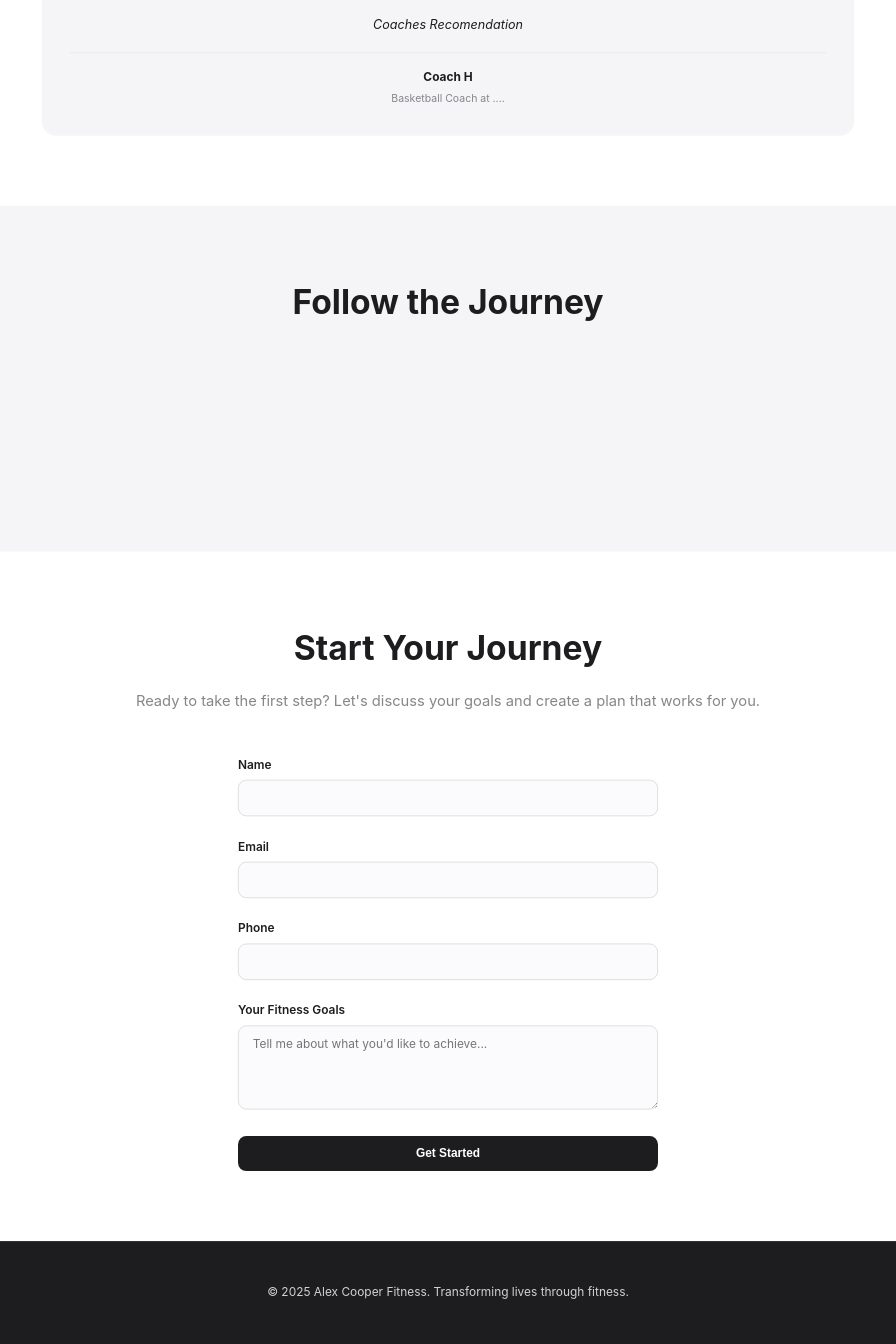
Repository: Hinuix/Ear-Website
Page: index.html
These files come from the project's save history. The page is drawn as it stood at one moment and after the next save; the edit follows.
The browser window is 1280 px wide. The pictures show the part of the page from y = 2070 to 3990 px (the page is 3990 px tall), at 70% of full size.
Pictures or frames that could not be fetched are drawn as grey boxes.

Above is the page before, as saved 2025-08-10 12:46:43.
Console error: TypeError: Cannot read properties of null (reading 'appendChild')

### index.html
<!DOCTYPE html>
<html lang="en">
<head>
    <meta charset="UTF-8">
    <meta name="viewport" content="width=device-width, initial-scale=1.0">
    <title>LoweKeyFit.</title>
    <style>
        * {
            margin: 0;
            padding: 0;
            box-sizing: border-box;
        }

        body {
            font-family: -apple-system, BlinkMacSystemFont, 'Segoe UI', Roboto, sans-serif;
            line-height: 1.6;
            color: #1d1d1f;
            background: #f5f5f7;
        }

        .container {
            max-width: 1200px;
            margin: 0 auto;
            padding: 0 20px;
        }

        /* Header */
        header {
            background: rgba(255, 255, 255, 0.8);
            backdrop-filter: blur(20px);
            position: fixed;
            top: 0;
            width: 100%;
            z-index: 1000;
            border-bottom: 1px solid rgba(0, 0, 0, 0.1);
        }

        nav {
            display: flex;
            justify-content: space-between;
            align-items: center;
            padding: 15px 20px;
            max-width: 1200px;
            margin: 0 auto;
        }

        .logo {
            font-size: 24px;
            font-weight: 600;
            color: #1d1d1f;
        }

        .nav-links {
            display: flex;
            list-style: none;
            gap: 30px;
        }

        .nav-links a {
            text-decoration: none;
            color: #1d1d1f;
            font-weight: 400;
            transition: color 0.3s ease;
        }

        .nav-links a:hover {
            color: #86868b;
        }

        /* Hero Section */
        .hero {
            background: white;
            color: #1d1d1f;
            text-align: center;
            padding: 120px 0 80px;
            margin-top: 70px;
            border-bottom: 1px solid #e5e5e7;
        }

        .hero h1 {
            font-size: 56px;
            font-weight: 700;
            margin-bottom: 20px;
            line-height: 1.1;
        }

        .hero p {
            font-size: 21px;
            font-weight: 400;
            opacity: 0.9;
            max-width: 600px;
            margin: 0 auto;
        }

        /* About Section */
        .about {
            padding: 100px 0;
            background: white;
        }

        .about-content {
            display: grid;
            grid-template-columns: 1fr 1fr;
            gap: 80px;
            align-items: center;
        }

        .about-text h2 {
            font-size: 48px;
            font-weight: 700;
            margin-bottom: 30px;
            color: #1d1d1f;
        }

        .about-text p {
            font-size: 19px;
            color: #86868b;
            margin-bottom: 25px;
            line-height: 1.5;
        }

        .about-image {
            height: 400px;
            border-radius: 20px;
            display: flex;
            align-items: center;
            justify-content: center;
            font-size: 18px;
            color: #86868b;
        }

        /* Services Section */
        .services {
            padding: 100px 0;
            background: #f5f5f7;
        }

        .services h2 {
            text-align: center;
            font-size: 48px;
            font-weight: 700;
            margin-bottom: 60px;
            color: #1d1d1f;
        }

        .services-grid {
            display: grid;
            grid-template-columns: repeat(auto-fit, minmax(300px, 1fr));
            gap: 40px;
        }

        .service-card {
            background: white;
            padding: 40px;
            border-radius: 20px;
            text-align: center;
            box-shadow: 0 4px 20px rgba(0, 0, 0, 0.05);
            transition: transform 0.3s ease, box-shadow 0.3s ease;
        }

        .service-card:hover {
            transform: translateY(-5px);
            box-shadow: 0 8px 30px rgba(0, 0, 0, 0.1);
        }

        .service-icon {
            width: 80px;
            height: 80px;
            background: #f5f5f7;
            border: 2px solid #e5e5e7;
            border-radius: 50%;
            display: flex;
            align-items: center;
            justify-content: center;
            margin: 0 auto 25px;
            font-size: 36px;
            color: #1d1d1f;
        }

        .service-card h3 {
            font-size: 24px;
            font-weight: 600;
            margin-bottom: 15px;
            color: #1d1d1f;
        }

        .service-card p {
            font-size: 17px;
            color: #86868b;
            line-height: 1.5;
        }

        /* Testimonials Section */
        .testimonials {
            padding: 100px 0;
            background: white;
        }

        .testimonials h2 {
            text-align: center;
            font-size: 48px;
            font-weight: 700;
            margin-bottom: 60px;
            color: #1d1d1f;
        }

        .testimonials-grid {
            display: grid;
            grid-template-columns: repeat(auto-fit, minmax(350px, 1fr));
            gap: 40px;
        }

        .testimonial-card {
            background: #f5f5f7;
            padding: 40px;
            border-radius: 20px;
            text-align: center;
            transition: transform 0.3s ease;
        }

        .testimonial-card:hover {
            transform: translateY(-5px);
        }

        .stars {
            font-size: 24px;
            color: #ffcc02;
            margin-bottom: 20px;
        }

        .testimonial-card p {
            font-size: 18px;
            color: #1d1d1f;
            font-style: italic;
            line-height: 1.6;
            margin-bottom: 25px;
        }

        .testimonial-author {
            border-top: 1px solid #e5e5e7;
            padding-top: 20px;
        }

        .testimonial-author strong {
            display: block;
            font-size: 17px;
            color: #1d1d1f;
            margin-bottom: 5px;
        }

        .testimonial-author span {
            font-size: 15px;
            color: #86868b;
        }

        /* Contact Section */
        .contact {
            padding: 100px 0;
            background: white;
        }

        .contact h2 {
            text-align: center;
            font-size: 48px;
            font-weight: 700;
            margin-bottom: 20px;
            color: #1d1d1f;
        }

        .contact-subtitle {
            text-align: center;
            font-size: 21px;
            color: #86868b;
            margin-bottom: 60px;
        }

        .contact-form {
            max-width: 600px;
            margin: 0 auto;
        }

        .form-group {
            margin-bottom: 30px;
        }

        .form-group label {
            display: block;
            font-size: 17px;
            font-weight: 600;
            color: #1d1d1f;
            margin-bottom: 8px;
        }

        .form-group input,
        .form-group textarea {
            width: 100%;
            padding: 15px 20px;
            border: 1px solid #d2d2d7;
            border-radius: 12px;
            font-size: 17px;
            font-family: inherit;
            transition: border-color 0.3s ease, box-shadow 0.3s ease;
            background: #fbfbfd;
        }

        .form-group input:focus,
        .form-group textarea:focus {
            outline: none;
            border-color: #86868b;
            box-shadow: 0 0 0 3px rgba(134, 134, 139, 0.1);
        }

        .form-group textarea {
            height: 120px;
            resize: vertical;
        }

        .submit-btn {
            background: #1d1d1f;
            color: white;
            border: none;
            padding: 15px 40px;
            border-radius: 12px;
            font-size: 17px;
            font-weight: 600;
            cursor: pointer;
            transition: transform 0.2s ease, box-shadow 0.3s ease;
            width: 100%;
        }

        .submit-btn:hover {
            transform: translateY(-2px);
            box-shadow: 0 8px 25px rgba(29, 29, 31, 0.2);
        }

        /* Instagram Section */
        .instagram {
            padding: 100px 0;
            background: #f5f5f7;
        }

        .instagram h2 {
            text-align: center;
            font-size: 48px;
            font-weight: 700;
            margin-bottom: 60px;
            color: #1d1d1f;
        }

        .instagram-scroll {
            display: flex;
            gap: 20px;
            overflow-x: auto;
            padding: 20px 0;
            scroll-behavior: smooth;
        }

        .instagram-scroll::-webkit-scrollbar {
            height: 8px;
        }

        .instagram-scroll::-webkit-scrollbar-track {
            background: #e5e5e7;
            border-radius: 4px;
        }

        .instagram-scroll::-webkit-scrollbar-thumb {
            background: #d2d2d7;
            border-radius: 4px;
        }

        .instagram-scroll::-webkit-scrollbar-thumb:hover {
            background: #b0b0b0;
        }

        .instagram-post {
            min-width: 300px;
            height: 300px;
            background: white;
            border-radius: 20px;
            overflow: hidden;
            box-shadow: 0 4px 20px rgba(0, 0, 0, 0.05);
            transition: transform 0.3s ease;
            cursor: pointer;
        }

        .instagram-post:hover {
            transform: scale(1.05);
        }

        .instagram-post img {
            width: 100%;
            height: 100%;
            object-fit: cover;
        }

        /* Footer */
        footer {
            background: #1d1d1f;
            color: white;
            text-align: center;
            padding: 60px 0;
        }

        footer p {
            font-size: 17px;
            opacity: 0.8;
        }

        /* Responsive */
        @media (max-width: 768px) {
            .nav-links {
                display: none;
            }

            .hero h1 {
                font-size: 40px;
            }

            .hero p {
                font-size: 19px;
            }

            .about-content {
                grid-template-columns: 1fr;
                gap: 40px;
            }

            .about h2,
            .services h2,
            .contact h2,
            .instagram h2 {
                font-size: 36px;
            }

            .services-grid {
                grid-template-columns: 1fr;
            }

            .instagram-post {
                min-width: 250px;
                height: 250px;
            }
        }

        /* Animations */
        @keyframes fadeInUp {
            from {
                opacity: 0;
                transform: translateY(30px);
            }
            to {
                opacity: 1;
                transform: translateY(0);
            }
        }

        .fade-in {
            animation: fadeInUp 0.8s ease-out;
        }

        /* Smooth scrolling */
        html {
            scroll-behavior: smooth;
        }
    </style>
</head>
<body>
    <!-- Header -->
    <header>
        <nav>
            <div class="logo" style="display: flex; align-items: center; gap: 12px;">
                <img src="logo.jpeg" alt="Lowekeyfit Logo" style="height:48px;width:48px;border-radius:50%;object-fit:cover;">
                <span>Lowekeyfit</span>
            </div>
            <ul class="nav-links">
                <li><a href="#about">Meet</a></li>
                <li><a href="#services">Services</a></li>
                <li><a href="#testimonials">Reviews</a></li>
                <li><a href="#instagram">Follow the Journey</a></li>
                <li><a href="#contact">Start Your Journey</a></li>
            </ul>
        </nav>
    </header>

    <!-- Hero Section -->
    <section class="hero">
        <div class="container">
            <h1>Transform Your Life</h1>
            <p>Professional personal training designed to unlock your potential and achieve lasting results through science-based fitness.</p>
        </div>
    </section>

    <!-- About Section -->
    <section class="about" id="about">
        <div class="container">
            <div class="about-content">
                <div class="about-text fade-in">
                    <h2>Meet Cierra</h2>
                    <p>Writeup here</p>
                    <p>Here</p>
                    <p>too here</p>
                </div>
                <div class="about-image">
                        <img src="cierra.jpeg" alt="Cierra - Trainer" style="max-width:100%;max-height:100%;border-radius:16px;object-fit:cover;box-shadow:0 4px 20px rgba(0,0,0,0.08);">
                </div>
            </div>
        </div>
    </section>

    <!-- Services Section -->
    <section class="services" id="services">
        <div class="container">
            <h2>Services</h2>
            <div class="services-grid">
                <div class="service-card fade-in">
                    <div class="service-icon">💪</div>
                    <h3>Personal Training</h3>
                    <p>One-on-one sessions tailored to your specific goals, fitness level, and preferences. Get personalized attention and accelerated results.</p>
                </div>
                <div class="service-card fade-in">
                    <div class="service-icon">📱</div>
                    <h3>Online Coaching</h3>
                    <p>Custom workout plans and nutrition guidance delivered through our app, with weekly check-ins and program adjustments.</p>
                </div>
                <div class="service-card fade-in">
                    <div class="service-icon">🧘</div>
                    <h3>Movement & Mobility</h3>
                    <p>Corrective exercise and mobility work to address imbalances, improve movement quality, and reduce pain or discomfort.</p>
                </div>
            </div>
        </div>
    </section>

    <!-- Testimonials Section -->
    <section class="testimonials" id="testimonials">
        <div class="container">
            <h2>What Clients Say</h2>
            <div class="testimonials-grid">
                <div class="testimonial-card fade-in">
                    <div class="stars">★★★★★</div>
                    <p>Coaches Recomendation</p>
                    <div class="testimonial-author">
                        <strong>Coach H</strong>
                        <span>Basketball Coach at ....</span>
                    </div>
                </div>
            </div>
        </div>
    </section>

    <!-- Instagram Section -->
    <section class="instagram" id="instagram">
        <div class="container">
            <h2>Follow the Journey</h2>
            <!-- Instagram Feed Widget for @lowekeyfit -->
            <div style="max-width: 100%;">
                <iframe src="https://cdn.lightwidget.com/widgets/xxxxxxxxxxxx.html" scrolling="no" allowtransparency="true" class="lightwidget-widget" style="width:100%;border:0;overflow:hidden;" title="Instagram Feed"></iframe>
            </div>
            <!-- To use your real feed, sign up at https://lightwidget.com, generate a free widget for @lowekeyfit, and replace the xxxxxxxxxxxx with your widget ID. -->
        </div>
    </section>

    <!-- Contact Section -->
    <section class="contact" id="contact">
        <div class="container">
            <h2>Start Your Journey</h2>
            <p class="contact-subtitle">Ready to take the first step? Let's discuss your goals and create a plan that works for you.</p>
            <form class="contact-form" id="contactForm">
                <div class="form-group">
                    <label for="name">Name</label>
                    <input type="text" id="name" name="name" required>
                </div>
                <div class="form-group">
                    <label for="email">Email</label>
                    <input type="email" id="email" name="email" required>
                </div>
                <div class="form-group">
                    <label for="phone">Phone</label>
                    <input type="tel" id="phone" name="phone">
                </div>
                <div class="form-group">
                    <label for="goals">Your Fitness Goals</label>
                    <textarea id="goals" name="goals" placeholder="Tell me about what you'd like to achieve..."></textarea>
                </div>
                <button type="submit" class="submit-btn">Get Started</button>
            </form>
        </div>
    </section>

    <!-- Footer -->
    <footer>
        <div class="container">
            <p>&copy; 2025 Alex Cooper Fitness. Transforming lives through fitness.</p>
        </div>
    </footer>

    <script>
        // Smooth scrolling for navigation links
        document.querySelectorAll('a[href^="#"]').forEach(anchor => {
            anchor.addEventListener('click', function (e) {
                e.preventDefault();
                const target = document.querySelector(this.getAttribute('href'));
                if (target) {
                    target.scrollIntoView({
                        behavior: 'smooth',
                        block: 'start'
                    });
                }
            });
        });

        // Form submission
        document.getElementById('contactForm').addEventListener('submit', function(e) {
            e.preventDefault();

            // Get form data
            const formData = new FormData(this);
            const data = Object.fromEntries(formData);

            // Simple validation
            if (!data.name || !data.email) {
                alert('Please fill in your name and email.');
                return;
            }

            // Simulate form submission
            alert('Thank you for your interest! I\'ll get back to you within 24 hours.');
            this.reset();
        });

        // Instagram feed simulation with sample fitness images
        const instagramPosts = [
            {
                id: 1,
                image: 'https://images.unsplash.com/photo-1571019613454-1cb2f99b2d8b?w=300&h=300&fit=crop&crop=center',
                alt: 'Workout session'
            },
            {
                id: 2,
                image: 'https://images.unsplash.com/photo-1581009146145-b5ef050c2e1e?w=300&h=300&fit=crop&crop=center',
                alt: 'Gym training'
            },
            {
                id: 3,
                image: 'https://images.unsplash.com/photo-1534438327276-14e5300c3a48?w=300&h=300&fit=crop&crop=center',
                alt: 'Fitness motivation'
            },
            {
                id: 4,
                image: 'https://images.unsplash.com/photo-1517836357463-d25dfeac3438?w=300&h=300&fit=crop&crop=center',
                alt: 'Gym equipment'
            },
            {
                id: 5,
                image: 'https://images.unsplash.com/photo-1583454110551-21f2fa2afe61?w=300&h=300&fit=crop&crop=center',
                alt: 'Personal training'
            },
            {
                id: 6,
                image: 'https://images.unsplash.com/photo-1550345332-09e3ac987658?w=300&h=300&fit=crop&crop=center',
                alt: 'Fitness lifestyle'
            },
            {
                id: 7,
                image: 'https://images.unsplash.com/photo-1571019613454-1cb2f99b2d8b?w=300&h=300&fit=crop&crop=center',
                alt: 'Training session'
            },
            {
                id: 8,
                image: 'https://images.unsplash.com/photo-1506629905607-c8bb1ee42cc6?w=300&h=300&fit=crop&crop=center',
                alt: 'Outdoor fitness'
            }
        ];

        // Load Instagram posts
        function loadInstagramPosts() {
            const instagramFeed = document.getElementById('instagramFeed');

            instagramPosts.forEach(post => {
                const postElement = document.createElement('div');
                postElement.className = 'instagram-post';
                postElement.innerHTML = `<img src="${post.image}" alt="${post.alt}" loading="lazy">`;

                // Add click handler to simulate Instagram link
                postElement.addEventListener('click', () => {
                    window.open('https://instagram.com', '_blank');
                });

                instagramFeed.appendChild(postElement);
            });
        }

        // Intersection Observer for fade-in animations
        const observerOptions = {
            threshold: 0.1,
            rootMargin: '0px 0px -50px 0px'
        };

        const observer = new IntersectionObserver((entries) => {
            entries.forEach(entry => {
                if (entry.isIntersecting) {
                    entry.target.style.opacity = '1';
                    entry.target.style.transform = 'translateY(0)';
                }
            });
        }, observerOptions);

        // Initialize when page loads
        document.addEventListener('DOMContentLoaded', function() {
            loadInstagramPosts();

            // Observe fade-in elements
            document.querySelectorAll('.fade-in').forEach(el => {
                el.style.opacity = '0';
                el.style.transform = 'translateY(30px)';
                el.style.transition = 'opacity 0.8s ease, transform 0.8s ease';
                observer.observe(el);
            });
        });

        // Parallax effect for hero section
        window.addEventListener('scroll', () => {
            const scrolled = window.pageYOffset;
            const hero = document.querySelector('.hero');
            if (hero) {
                hero.style.transform = `translateY(${scrolled * 0.5}px)`;
            }
        });
    </script>
</body>
</html>

After the next save:
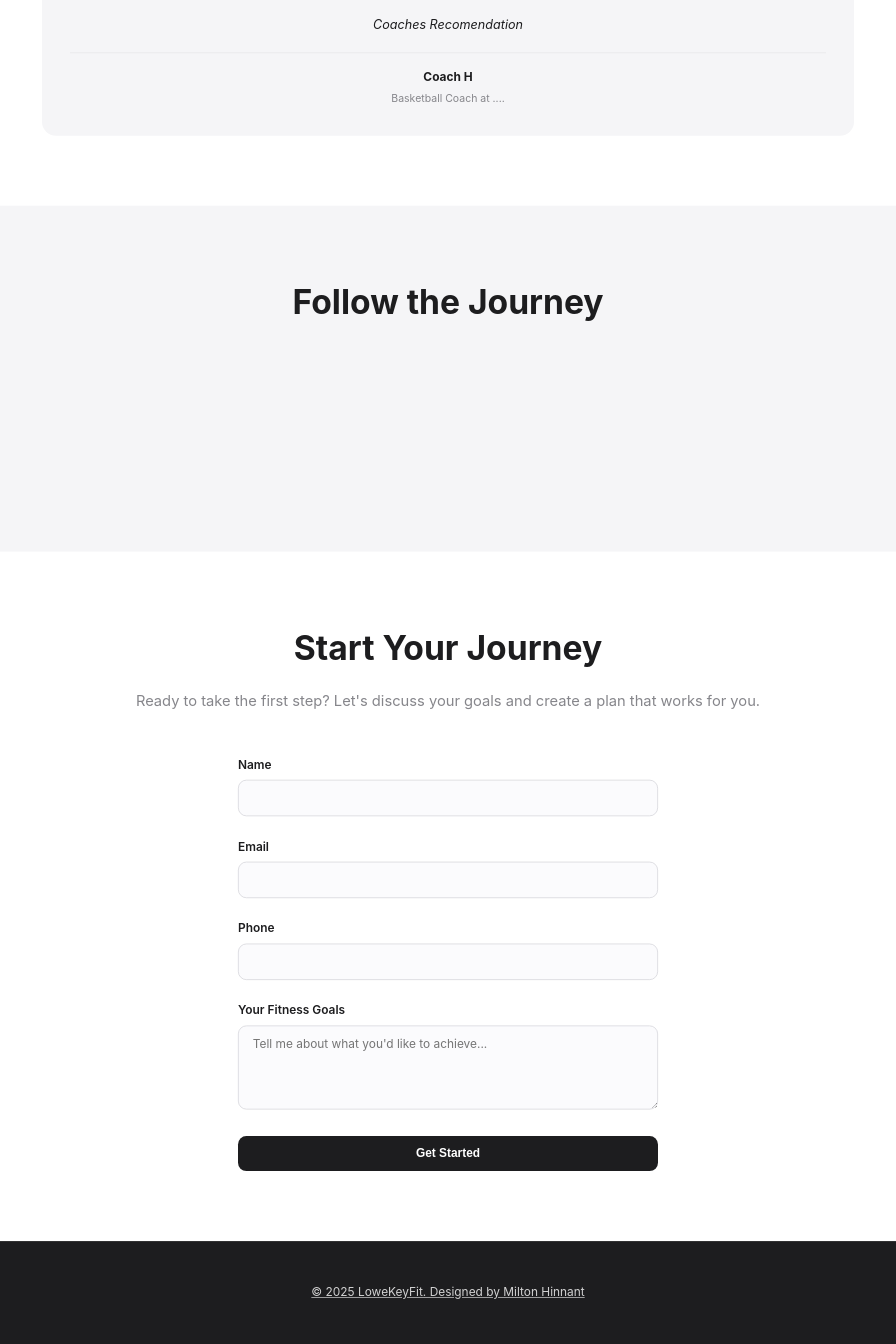
Saved 68 s later.
--- a/index.html
+++ b/index.html
@@ -591,7 +591,11 @@
     <!-- Footer -->
     <footer>
         <div class="container">
-            <p>&copy; 2025 Alex Cooper Fitness. Transforming lives through fitness.</p>
+            <p>
+                <a href="https://miltonhinnant.com" target="_blank" style="color:inherit;text-decoration:underline;">
+                    &copy; 2025 LoweKeyFit. Designed by Milton Hinnant
+                </a>
+            </p>
         </div>
     </footer>
 
